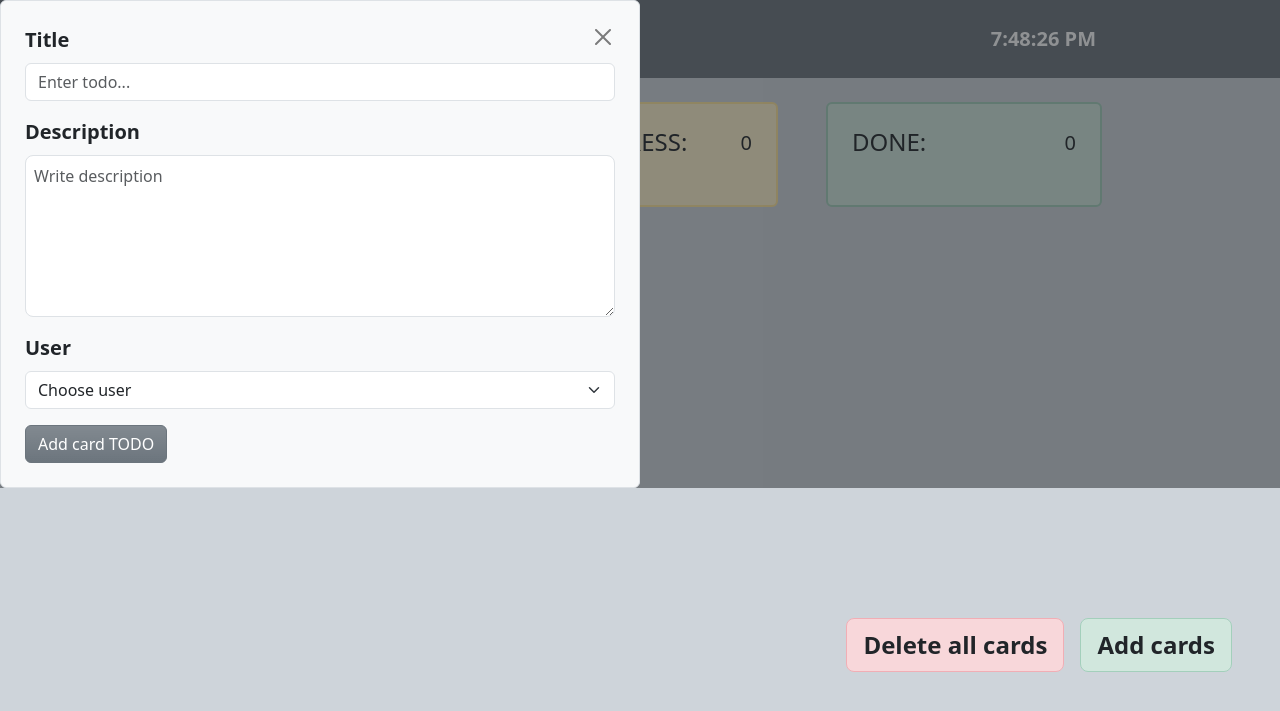
Repository: Valeria154/trello-app-clone
Page: / (app in trello-app-project/)
These files come from the project's save history. The page is drawn as it stood at one moment and after the next save; the edit follows.
The browser window is 1280 px wide. The pictures show the whole page.
After loading, the first visible `#addCardBtn` was clicked once.
The project was rebuilt for these pictures with package versions that can differ from the ones it lists, and the page was loaded fresh each time. Also part of the build but not shown: trello-app-project/vite.config.js.

Above is the page before, as saved 2025-03-15 21:00:50.

After the next save:
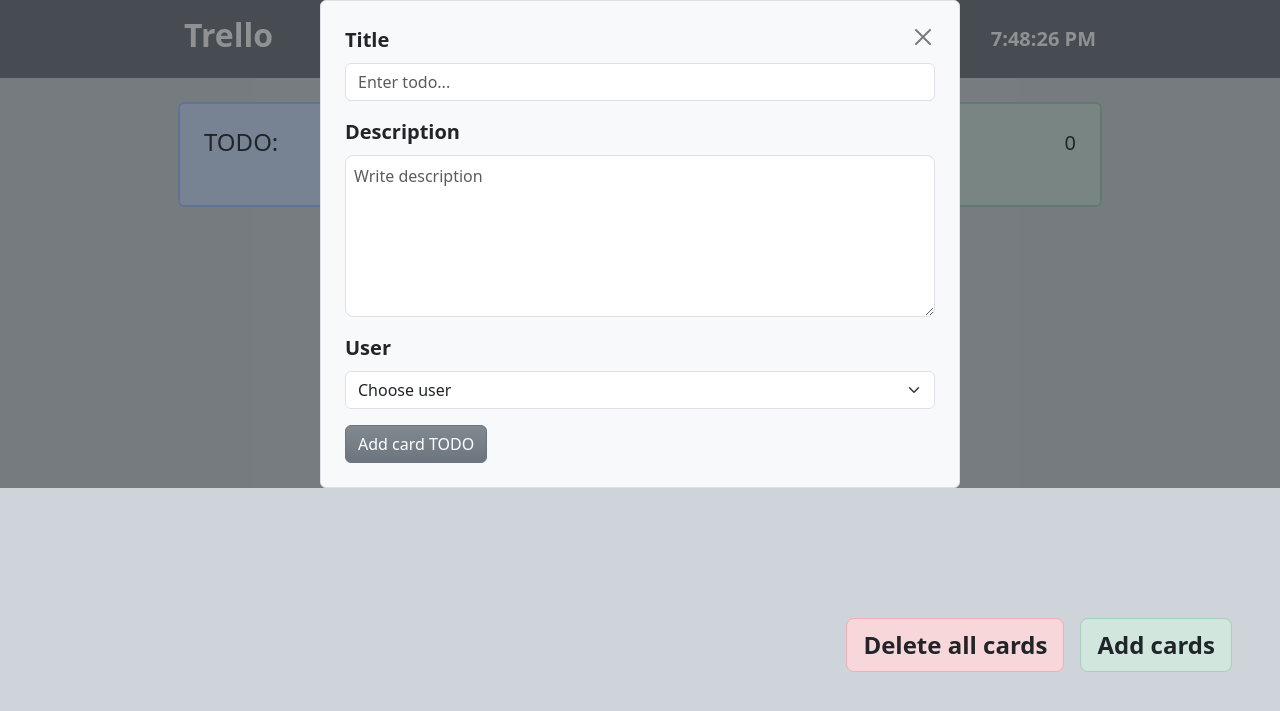
Saved 37 s later.
--- a/trello-app-project/src/main.js
+++ b/trello-app-project/src/main.js
@@ -27,7 +27,7 @@
 }
 function buildModalForm() {
 	return `
-				<div class="position-fixed top-0 start-0 w-100 bg-dark bg-opacity-50">
+				<div class="position-fixed top-0 start-0 w-100 bg-dark bg-opacity-50 d-flex align-items-center justify-content-center">
 					<form class="p-4 border rounded bg-light text-start fw-semibold w-50 position-relative">
 						<div class="mb-3">
 							<label for="title" class="form-label fs-5">Title</label>
